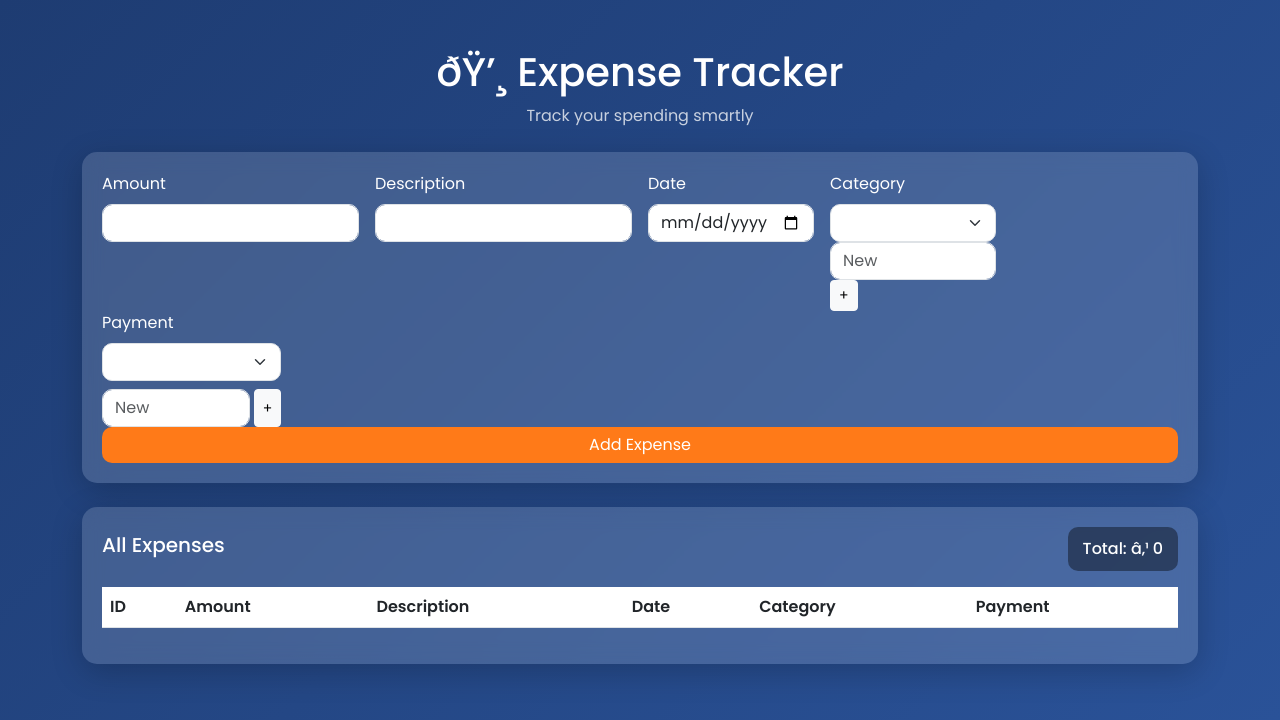
Repository: TejasChoudhary1996/expense-microservices
Page: http://localhost/ui-service/WEB-INF/jsp/home.jsp
These files come from the project's save history. The page is drawn as it stood at one moment and after the next save; the edit follows.
The browser window is 1280 px wide. The pictures show the whole page.
The page is served by Tomcat 10. Nobody is signed in. The template is opened directly, without the code that normally fills it, so the values that code supplies are empty.

Above is the page before, as saved 2026-03-25 20:44:09.

After the next save:
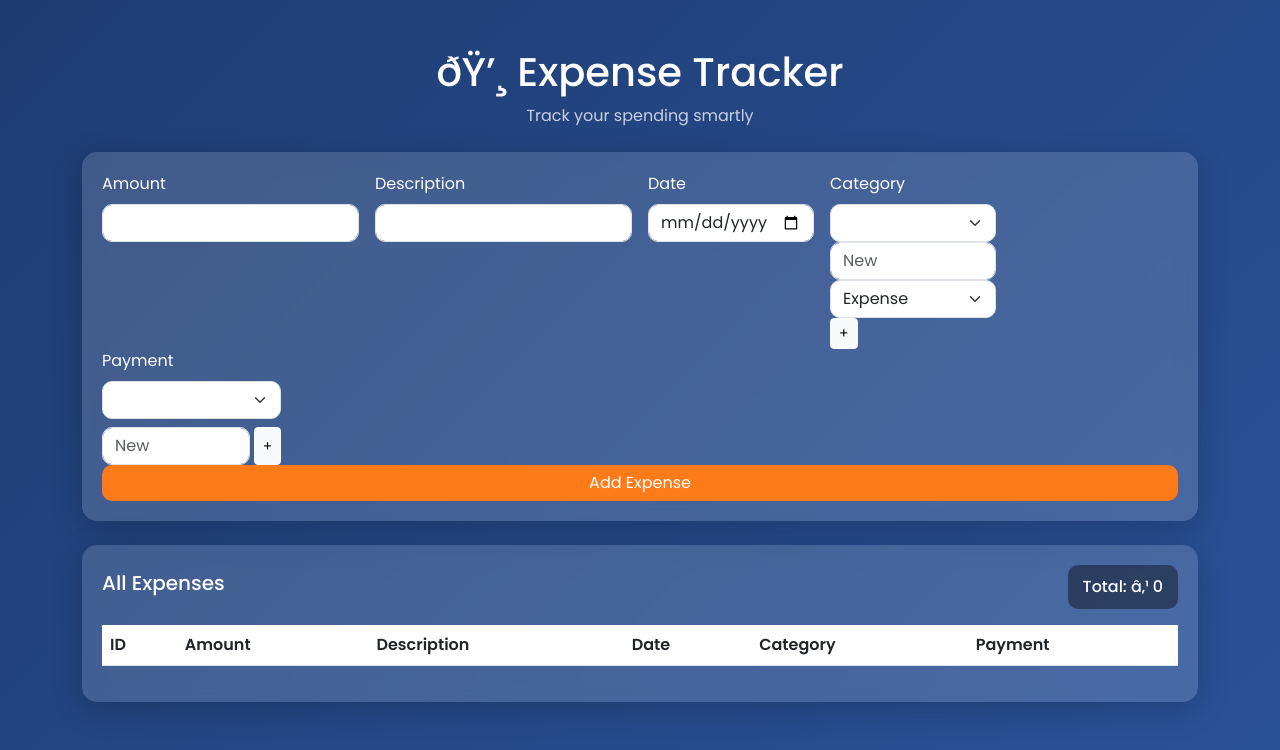
Saved 8 min 3 s later.
--- a/ui-service/src/main/webapp/WEB-INF/jsp/home.jsp
+++ b/ui-service/src/main/webapp/WEB-INF/jsp/home.jsp
@@ -104,11 +104,17 @@ table {
 						</c:forEach>
 					</select>
 
-					<form action="addCategory" method="post" class="mt-2 d-flex">
-						<input type="text" name="name" placeholder="New"
-							class="form-control me-1" />
-						<button class="btn btn-sm btn-light">+</button>
-					</form>
+<form action="addCategory" method="post" class="mt-2 d-flex">
+
+    <input type="text" name="name" placeholder="New" class="form-control me-1"/>
+
+    <select name="type" class="form-select me-1">
+        <option value="EXPENSE">Expense</option>
+        <option value="INVESTMENT">Investment</option>
+    </select>
+
+    <button class="btn btn-sm btn-light">+</button>
+</form>
 				</div>
 
 				<div class="col-md-2">
